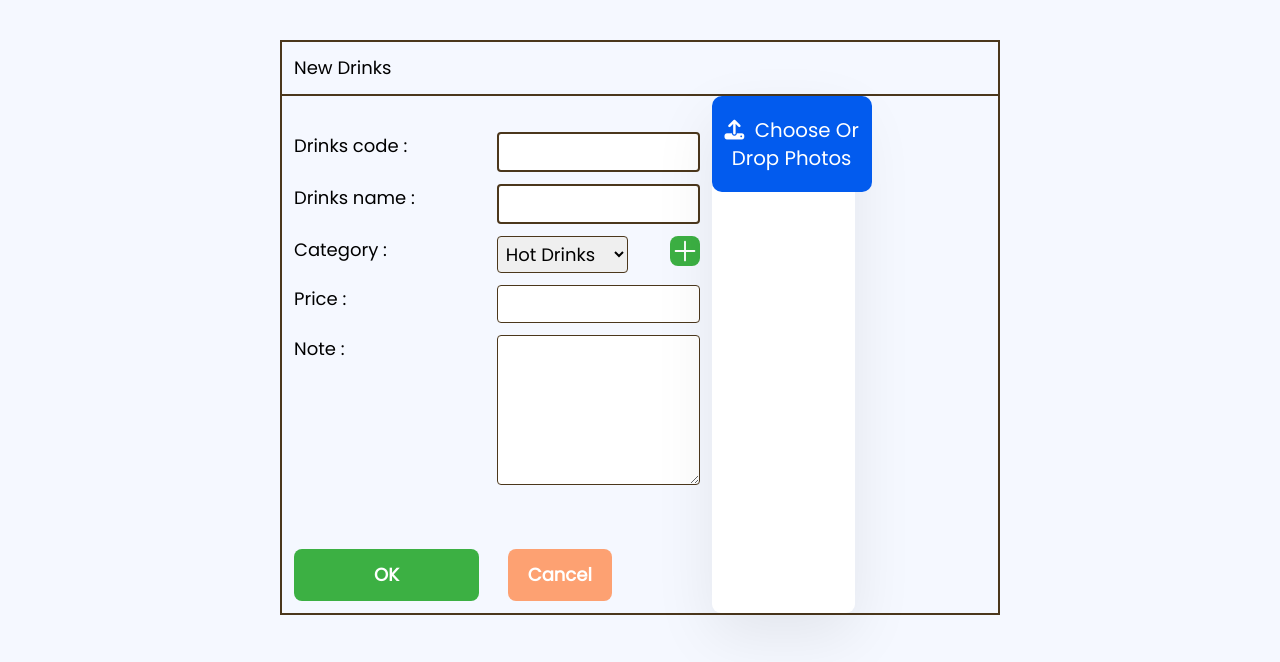
Repository: Dapravith/Midterm-SE-GIC-Cafe-Project-Group16
Page: src/main/resources/templates/addDrink.html
These files come from the project's save history. The page is drawn as it stood at one moment and after the next save; the edit follows.
The browser window is 1280 px wide. The pictures show the whole page.
Some web libraries are served in a nearby version.

Above is the page before, as saved 2023-05-16 22:42:22.

### src/main/resources/templates/addDrink.html
<!DOCTYPE html>
<html lang="en">

<head>
    <meta charset="UTF-8">
    <meta http-equiv="X-UA-Compatible" content="IE=edge">
    <meta name="viewport" content="width=device-width, initial-scale=1.0">
    <title>Add New Drink</title>
    <script src="https://cdn.tailwindcss.com"></script>
    <!-- Font Awesome Icons -->
    <link rel="stylesheet" href="https://cdnjs.cloudflare.com/ajax/libs/font-awesome/6.2.0/css/all.min.css" />
    <!-- Google Font -->
    <link href="https://fonts.googleapis.com/css2?family=Poppins&display=swap" rel="stylesheet" />
    <style>
        * {
            padding: 0;
            margin: 0;
            box-sizing: border-box;
            font-family: "Poppins", sans-serif;
        }

        button:hover {
            box-shadow: 0 13px 18px 0 rgba(151, 208, 27, 0.24), 0 19px 50px 0 rgba(238, 227, 21, 0.19);
        }

        body {
            background-color: #f5f8ff;
        }

        .images {
            background-color: #ffffff;
            width: 20%;
            position: static;
            transform: translateX(-50%, 50%);
            left: 50%;
            right: 50%;
            box-shadow: 0 1.25em 3.43em rgba(0, 0, 0, 0.08);
            border-radius: 0.5em;
        }

        input[type="file"] {
            display: none;
        }

        .upload-images {
            display: block;
            position: relative;
            background-color: #025bee;
            color: #ffffff;
            font-size: 1.1em;
            text-align: center;
            align-items: right;
            justify-content: right;
            width: 10rem;
            padding: 1em 0;
            border-radius: 0.5em;
            margin: 0 auto 1em auto;
            cursor: pointer;
        }

        #image-display {
            position: relative;
            width: 5%;
            margin: 0 auto;
            display: flex;
            justify-content: space-evenly;
            gap: 1.5em;
            flex-wrap: wrap;
        }

        #image-display figure {
            width: 10%;
        }

        #image-display img {
            width: 2em;
        }

        #image-display figcaption {
            font-size: 0.5em;
            text-align: center;
            color: #5a5861;
        }

        .active {
            border: 0.2em dashed #025bee;
        }

        #error {
            text-align: center;
            color: #ff3030;
        }
    </style>
</head>

<body class="m-10 text-lg">
    <!-- Crud PRODUCTS -->
    <div class="new_drink w-[60%] h-fit m-auto  border-[2px] border-solid border-[#4B371C] ">
        <div class="head p-3">
            <h2>New Drinks</h2>
        </div>
        <div class="w-[100%] border-[1px] border-solid border-[#4B371C]"></div>
        <div class="flex">
            <div class="add_drink w-[60%]">
                <div class="py-3 ">
                    <form action="#" class="p-3 ">
                        <div class="mt-3 grid grid-cols-2">
                            <label class="mr-5" for="dcode">Drinks code :</label>
                            <input type="text" id="dcode" name="" class="p-1 border-[2px] border-solid border-[#4B371C] rounded" placeholder="">
                        </div>
                        <div class="mt-3 grid grid-cols-2">
                            <label class="mr-5" for="dname">Drinks name :</label>
                            <input type="text" id="dname" name="" class="p-1 border-[2px] border-solid border-[#4B371C] rounded" placeholder="">
                        </div>
                        <div class="mt-3 grid grid-cols-2">
                            <label class="mr-5" for="category">Category :</label>
                            <div class="flex justify-between">
                                <select type="add-item" id="category" name="" class="p-1 border-[1px] border-solid border-[#4B371C] rounded" placeholder="">
                                    <option value="1">Hot Drinks</option >
                                    <option value="2" >Cool Drinks</option >
                                    <option value="3" >Frappe</option >
                                    <option value="4" >Food</option >
                                </select>
                                <button id="add_category" class=" w-fit h-fit bg-[#3CB043] text-center text-white font-bold cursor-pointer duration-100 rounded-lg">
                                    <svg xmlns="http://www.w3.org/2000/svg" fill="none" viewBox="0 0 24 24" stroke-width="1.5" stroke="currentColor" class="w-[30px] h-[30px] " onclick="showPopup()">
                                        <path stroke-linecap="round" stroke-linejoin="round" d="M12 4.5v15m7.5-7.5h-15" />
                                    </svg>
                                </button>

                            </div>

                        </div>

                        <div class="mt-3 grid grid-cols-2">
                            <label class="mr-5" for="price">Price :</label>
                            <input name="" min="0" type="number" id="price" class="p-1 border-[1px] border-solid border-[#4B371C] rounded" placeholder="">
                        </div>
                        <div class="mt-3 grid grid-cols-2">
                            <label class="mr-5" for="note">Note :</label>
                            <textarea id="note" cols="50" rows="5" name="" class="p-1 w-full border-[1px] border-solid border-[#4B371C] rounded resize-x"> </textarea>
                        </div>
                    </form>
                </div>
                <br />
                <div>
                    <button class=" py-3 bg-[#3CB043] text-center text-white font-bold px-20 m-3 inline-block cursor-pointer duration-100 rounded-lg">OK</button>
                    <button class=" py-3 px-5 bg-[#FDA172] text-center text-white  font-bold p-3 m-3 inline-block cursor-pointer duration-100 rounded-lg">Cancel</button>
                </div>
            </div>
            <div class="images">
                <input type="file" id="upload-button" multiple accept="image/*" />
                <label class="upload-images" for="upload-button"><i class="fa-solid fa-upload"></i>&nbsp; Choose Or Drop Photos
                </label>
                <div id="error"></div>
                <div id="image-display"></div>
            </div>
        </div>
    </div>
    </div>
    <!-- ADD NEW CATEGORY -->
    <div class="popup w-[100vw] h-[100vh] absolute top-[0] left-[0] bg-[#f1f1f199] hidden z-[100]">
        <main class="w-[20rem] absolute top-[50%] left-[50%] translate-x-[-50%] translate-y-[-50%]">
            <div class="none w-full h-fit m-auto  border-[2px] border-solid border-[#4B371C]">
                <div class="head p-3">
                    <h2>New Category</h2>
                </div>
                <div class="w-[100%] border-[1px] border-solid border-[#4B371C]"></div>
                <div class=" ">
                    <form action="#" class="add_category p-3">
                        <div class="mt-3 grid grid-cols-2">
                            <label for="gcode">Category code :</label>
                            <input type="text" id="dcode" name="" class="category_code border-[1px] border-solid border-[#4B371C] rounded" placeholder="" required>
                        </div>
                        <div class="mt-3 grid grid-cols-2">
                            <label for="gname">Category name :</label>
                            <input type="text" id="gname" name="" class="category_name border-[1px] border-solid border-[#4B371C] rounded" placeholder="" required>
                        </div>
                        <br />
                        <div class="flex">
                            <input id="okay" type="submit" value="OK" class=" py-3 bg-[#3CB043] text-center font-bold text-white px-16 in m-3 p-3 line-block cursor-pointer duration-100 rounded-lg">
                            <button class="cancel py-3 px-5 bg-[#FDA172] text-center font-bold text-white p-3 m-3 inline-block cursor-pointer duration-100 rounded-lg">Cancel</button>
                        </div>
                    </form>
                </div>
            </div>
        </main>

    </div>
    <script>
        const addNewCat = document.getElementById("add_category");
        const popup = document.querySelector(".popup");
        const form_add_category = document.querySelector(".add_category ");

        addNewCat.addEventListener("click", showPopup);

        function showPopup() {
            popup.classList.remove('hidden')
        }

        form_add_category.addEventListener("submit", () => {
            clear()
            popup.classList.add('hidden')
        });

        document.querySelector('.cancel').addEventListener('click', () => {
            clear()
            popup.classList.add('hidden')
        })

        popup.addEventListener('click', (e) => {
            const target = e.target;

            if (target.classList.contains('popup')) {
                popup.classList.add('hidden')
            }
        })

        const clear = () => {
            document.querySelector('.category_name').value = ""
            document.querySelector('.category_code').value = ""
        }

        let uploadButton = document.getElementById("upload-button");
        let chosenImage = document.getElementById("chosen-image");
        let fileName = document.getElementById("file-name");
        let container = document.querySelector(".images");
        let error = document.getElementById("error");
        let imageDisplay = document.getElementById("image-display");

        const fileHandler = (file, name, type) => {
            if (type.split("/")[0] !== "image") {
                //File Type Error
                error.innerText = "Please upload an image file";
                return false;
            }
            error.innerText = "";
            let reader = new FileReader();
            reader.readAsDataURL(file);
            reader.onloadend = () => {
                //image and file name
                let imageContainer = document.createElement("figure");
                let img = document.createElement("img");
                img.src = reader.result;
                imageContainer.appendChild(img);
                imageContainer.innerHTML += `<figcaption>${name}</figcaption>`;
                imageDisplay.appendChild(imageContainer);
            };
        };

        //Upload Button
        uploadButton.addEventListener("change", () => {
            imageDisplay.innerHTML = "";
            Array.from(uploadButton.files).forEach((file) => {
                fileHandler(file, file.name, file.type);
            });
        });

        container.addEventListener(
            "dragenter",
            (e) => {
                e.preventDefault();
                e.stopPropagation();
                container.classList.add("active");
            },
            false
        );

        container.addEventListener(
            "dragleave",
            (e) => {
                e.preventDefault();
                e.stopPropagation();
                container.classList.remove("active");
            },
            false
        );

        container.addEventListener(
            "dragover",
            (e) => {
                e.preventDefault();
                e.stopPropagation();
                container.classList.add("active");
            },
            false
        );

        container.addEventListener(
            "drop",
            (e) => {
                e.preventDefault();
                e.stopPropagation();
                container.classList.remove("active");
                let draggedData = e.dataTransfer;
                let files = draggedData.files;
                imageDisplay.innerHTML = "";
                Array.from(files).forEach((file) => {
                    fileHandler(file, file.name, file.type);
                });
            },
            false
        );

        window.onload = () => {
            error.innerText = "";
        };
    </script>
</body>

</html>

After the next save:
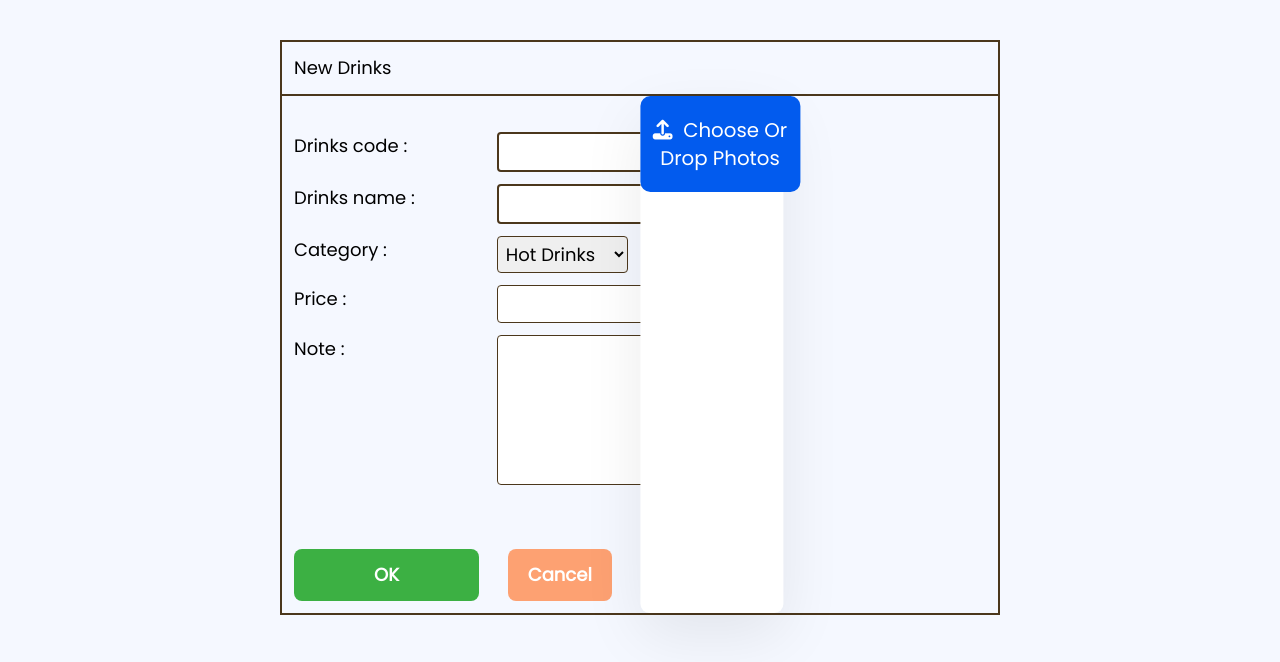
Saved 9 s later.
--- a/src/main/resources/templates/addDrink.html
+++ b/src/main/resources/templates/addDrink.html
@@ -31,7 +31,7 @@
             background-color: #ffffff;
             width: 20%;
             position: static;
-            transform: translateX(-50%, 50%);
+            transform: translateX(-50%);
             left: 50%;
             right: 50%;
             box-shadow: 0 1.25em 3.43em rgba(0, 0, 0, 0.08);
